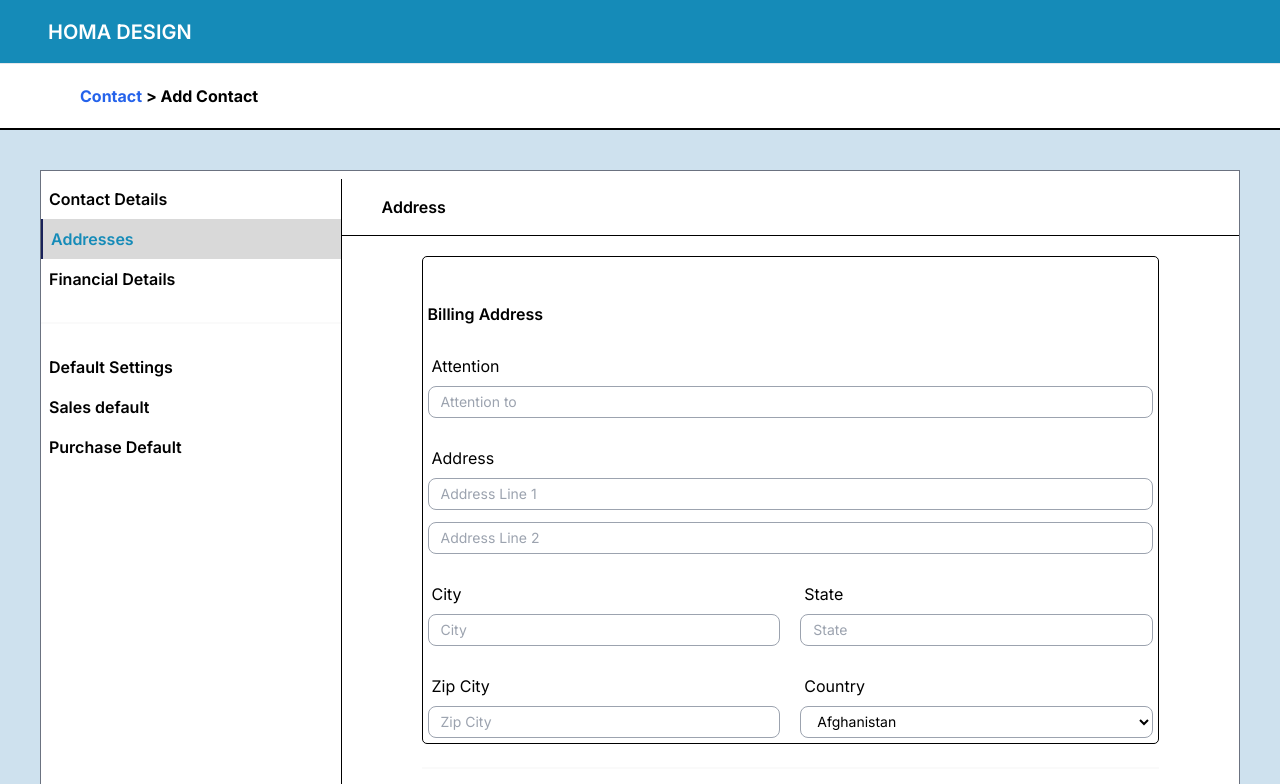
Repository: khairul35/homa-FE
Page: /contact
The author's editor kept a copy of each file at every save. The page is drawn from the files as they stood at one save, then again after the next save.
The browser window is 1280 px wide. The pictures show the whole page.
An inner scrolling area shows only its first screen. The project was rebuilt for these pictures with package versions that can differ from the ones it lists, and the page was loaded fresh each time. The framework's server and built-in components were replaced by stand-ins that run in the browser. Also part of the build but not shown: next.config.js, app/components/layout/header/BusinessMenu.tsx, app/components/layout/header/CompanyMenu.tsx, app/contact/index.component.tsx, app/contact/form/contact-details/index.module.css, app/contact/form/contact-details/index.component.tsx, app/contact/form/contact-details/index.tsx.

Above is the page before, as saved 2024-01-07 21:39:33.

After the next save:
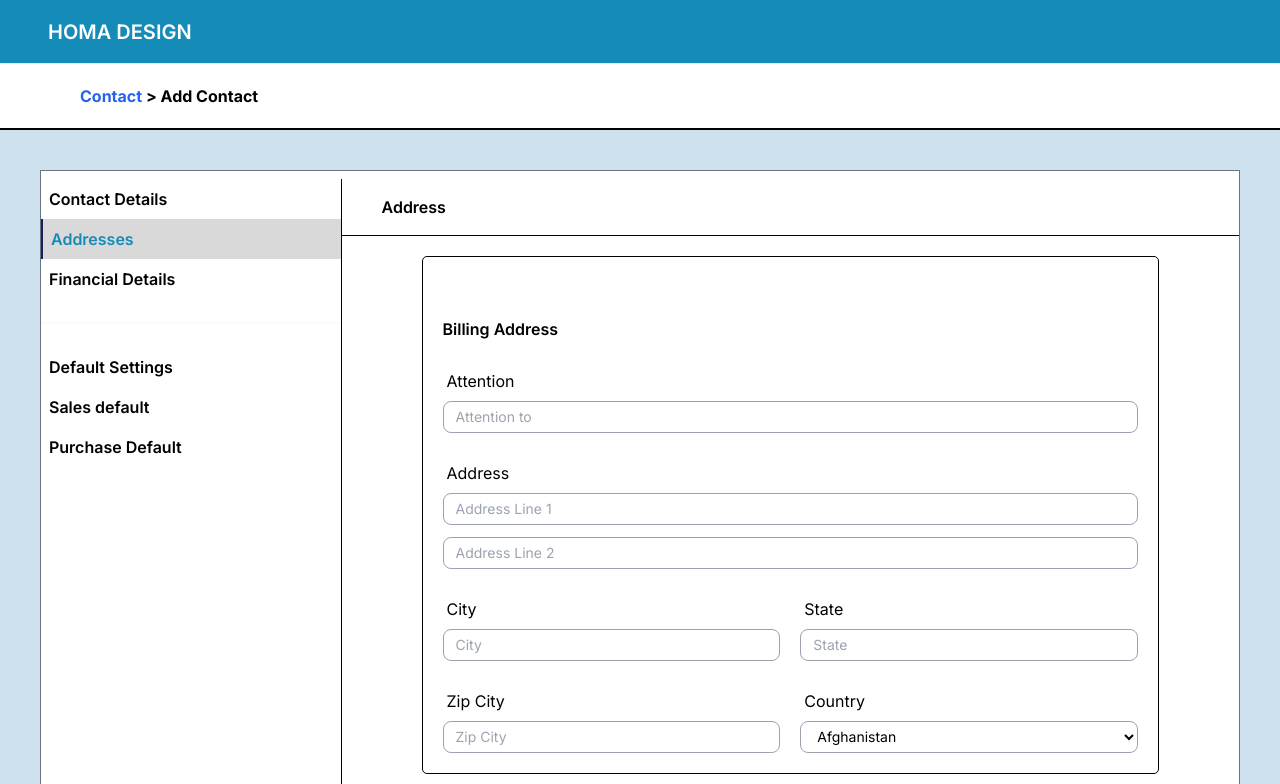
Saved 18 s later.
--- a/app/contact/form/address/index.module.css
+++ b/app/contact/form/address/index.module.css
@@ -25,5 +25,5 @@
     border-radius: 5px;
     border: 1px solid #000;
     background: #FFF;
-    padding: 5px;
+    padding: 20px;
 }
